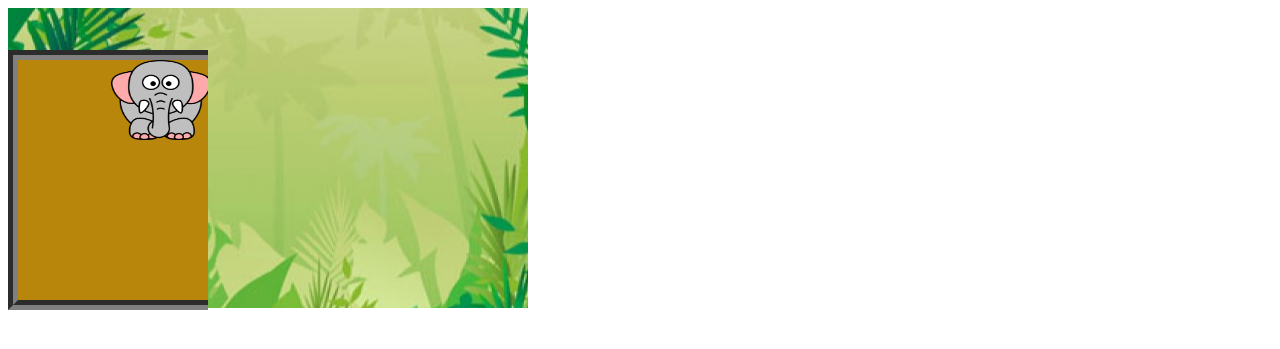
Repository: RathipriyaChandrasekaran/dotlite
Page: ConnectDots/menupage.html
These files come from the project's save history. The page is drawn as it stood at one moment and after the next save; the edit follows.
The browser window is 1280 px wide. The pictures show the whole page.

Above is the page before, as saved 2014-12-14 19:24:11.

After the next save:
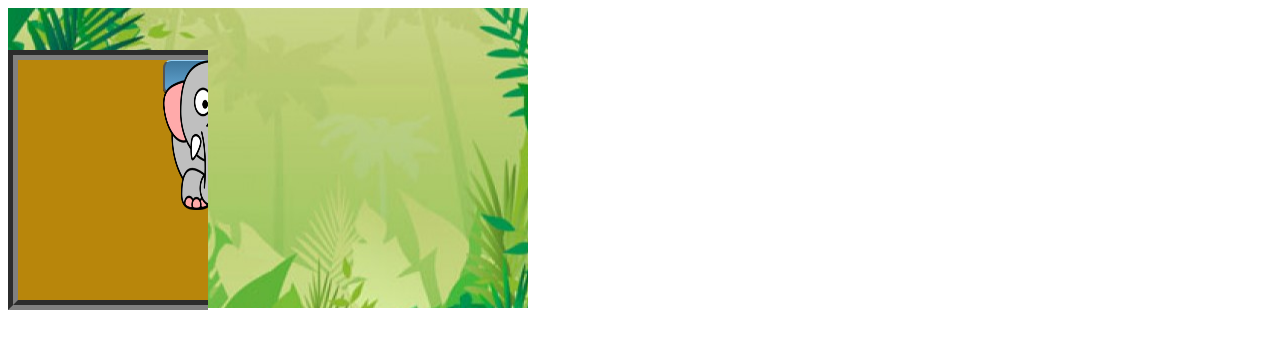
Saved 45 s later.
--- a/ConnectDots/css/menupage.css
+++ b/ConnectDots/css/menupage.css
@@ -23,8 +23,9 @@
   text-align:center;
 }
 img{
+	position: absolute;
 	width:100px;
-	height: 80px;
+	height: 150px;
 }
 .button {
    border-top: 1px solid #96d1f8;
